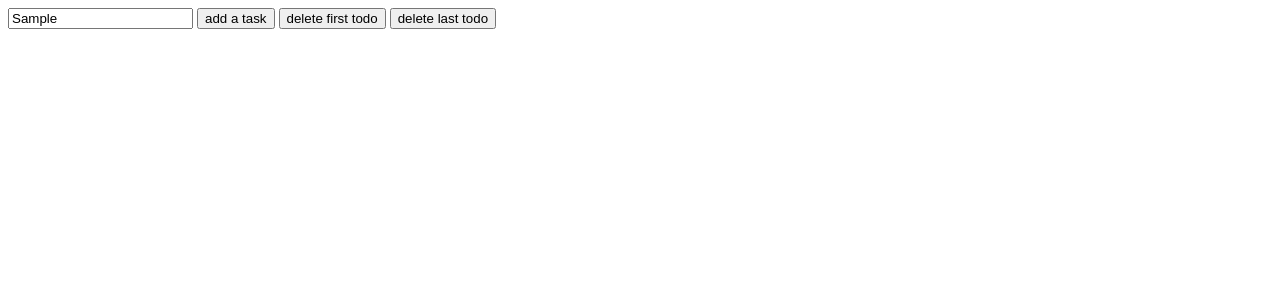
Repository: tanayburbure/Todo-application
Page: index.html
An editor plug-in stored every save of this project. The page is shown before and after the next save, followed by the edit.
The browser window is 1280 px wide. The pictures show the whole page.
Empty fields were first filled with sample values (such as "Sample", 5 or name@example.com).
After loading, the first visible `button` was clicked once.

Above is the page before, as saved 2025-10-26 20:57:19.

### index.html
<!DOCTYPE html>
<html lang="en">
<head>
    <meta charset="UTF-8">
    <meta name="viewport" content="width=device-width, initial-scale=1.0">
    <title>Document</title>
</head>
<body>
    <input type="text" placeholder="add task"/>
    <button onclick="addTodo()" >add a task</button>
    <button onclick="deleteFirstTodo()"> delete first todo</button>
    <button onclick="deleteLastTodo()"> delete last todo</button>

    <div id="todos"></div>

    <script src="script.js"></script>
</body>
</html>

### script.js
// let ctr = 0;
// function callback(){
//     document.querySelectorAll("h4")[1].innerHTML = ctr;
//     const el = document.querySelectorAll("h4")[1];
//     el.innerHTML = ctr;
//     ctr = ctr + 1;
// }
// // setInterval(callback,1000)

// function deleterandometodo(){
//     const element = document.querySelector("h4");
//     const parentelement = element.parentElement;
//     parentelement.removeChild(element)
// }

// function addTodo(){
//     const divEL = document.createElement("div");
//     divEL.innerHTML = "Hiiiiiiiiiiiii thereeeeeeee";
//     const parentEL = document.querySelector("body");
//     parentEL.appendChild(divEL);
// }


// let ctr = 1


// function addtodo(){

//     const inputEL = document.querySelector("input")
//     const value = inputEL.value

//     const newDivEL = document.createElement("div")
//     newDivEL.setAttribute("id",ctr)
//     newDivEL.innerHTML = "<div>" + value + '</div><button onclick="deletetodo('+ ctr +')" >delete</button>';
//     document.querySelector("body").appendChild(newDivEL)
//     ctr = ctr + 1 ;
// }

// function deletetodo(index){
//     const element = document.getElementById(index);
//     element.parentNode.removeChild(element)
// }




// let ctr = 1;
// function addtodo(){
//     const inputEl = document.querySelector("input");
//     const value = inputEl.value;

//     const newDivEl = document.createElement("div")
//     newDivEl.setAttribute("id",ctr)
//     newDivEl.innerHTML = "div" + value + '</div> <button onclick="deletetodo('+ ctr +')"> delete </button>'
//     document.querySelector("body").appendChild(newDivEl)
// }

// function deletetodo(index){
//     const element = document.getElementById(index)
//     element.parentNode.removeChild(element)
// }

//  Raw HTML element

// let ctr = 0 ;
//  function addtodo(){
//     const inputEL = document.querySelector("input");
//     const value = inputEL.value;
//     const newDivEL= document.createElement("div");
//     newDivEL.setAttribute("id",ctr);
//     newDivEL.innerHTML = value + ' <button onclick="deletetodo('+ ctr +')" > delete</button>';
//     document.querySelector("body").appendChild(newDivEL);
//  }

//  function deletetodo(index){
//     const element = document.getElementById(index);
//     element.parentNode.removeChild(element);
//  }

//  More Cleaner Way to write the code

// function addtodo(){
//    const value = document.querySelector("input").value;
//    const spanEl = document.createElement("span");
//    const buttonEl = document.createElement("button");
//    spanEl.innerHTML = value;
//    buttonEl.innerHTML = "Delete";
//    ///
//    const divEl = document.createElement("div");
//    divEl.appendChild(spanEl);
//    divEl.appendChild(buttonEl);
//    ///
//    document.querySelector("body").appendChild(divEl)
// }


//Better approach as we are going more functionality

// let todos=[];
// function createTodoComponent(todo){
//    const div = document.querySelector("div");
//    const h1 = document.createElement("h1");
//    const button = document.createElement("button");
//    button.innerHTML = "Delete"
//    todo.innerHTML = todo.title;
//    div.append(h1);
//    div.append(button);
//    return div
// }

// This is React library do it automatically

// function render(){
//    document.querySelector("#todos").innerHTML="";
//    for(let i = 0;i<todos.length;i++){
//       const element = createTodoComponent(todos[i]);
//       document.querySelector("#todos").appendChild(div)
//    }
// }

// Simple react like code


// input box
// button onclick="addTodo()"
// button onclick="DeletFirstTodo()"
// button onclick="DeleteLastTodo()"


// let todos = [];

// function addTodo(){
//    todos.push({
//       title : document.querySelector("input").value
//    })
//    render();
// }

// function deleteTodo(index){
//    todos.splice(index,1);
//    render()
// }

// function deleteFirstTodo(){
//    todos.splice(0,1);
//    render()
// }

// function deleteLastTodo(){
//    todos.pop();
//    render()
// }


// function createTodoComponent(todo,index){
//    const div = document.createElement("div")
//    const h1 = document.createElement("h1")
//    const button = document.createElement("button");
//    button.innerHTML = "Delete";
//    button.addEventListener("click",function(){
//       deleteTodo(index)
//    })
//    h1.innerHTML = todo.title;
//    div.append(h1);
//    div.append(button);
//    return div
// }

// function render(){
//    document.querySelector("#todos").innerHTML = "";
//    for (let i = 0; i < todos.length ; i++){
//       const element = createTodoComponent(todos[i]);
//       document.querySelector("#todos").appendChild(element)
//    }
// }


let todos = [];

function addTodo(){
   todos.push({
      title:document.querySelector("input").value
   })
}

function deleteTodo(){
   todos.splice(index,1);
   render()
}

function deleteFirstTodo(){
   todos.splice(0,1);
   render()
}

function deleteLastTodo(){
   todos.pop()
   render()
}


function createTodoComponent(todo,index){
   const div = document.createElement("div");
   const h1 = document.createElement("h1");
   const button = document.createElement("button")
   button.innerHTML = "delete";
   button.addEventListener("click",function(){
      deleteTodo(index);
   })
   h1.innerHTML = todo.title;
   div.appendChild(h1);
   div.appendChild(button)
   return div;
}

function render(){
   document.querySelector("#todos").innerHTML="";
   for (let i = 0;i < todos.length;i++){
      const element = createTodoComponent(todos[i]);
      document.querySelector("#todos").appendChild(element);
   }
}

After the next save:
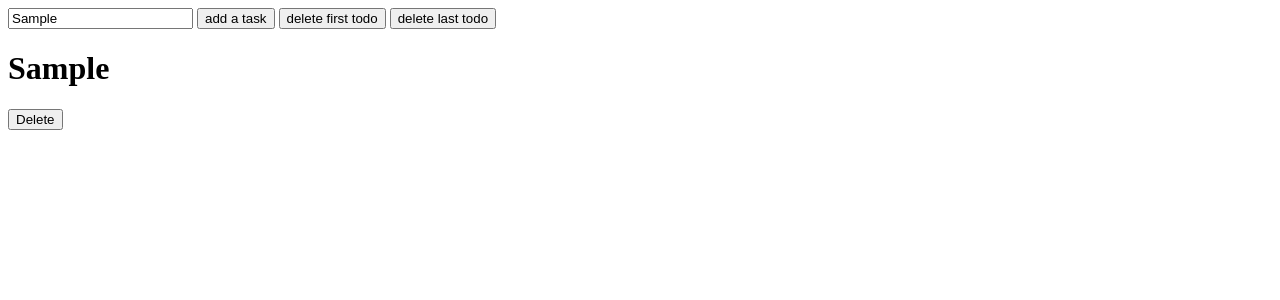
Saved 117 s later.
--- a/script.js
+++ b/script.js
@@ -181,6 +181,7 @@ function addTodo(){
    todos.push({
       title:document.querySelector("input").value
    })
+   render()
 }
 
 function deleteTodo(){
@@ -213,6 +214,28 @@ function createTodoComponent(todo,index){
    return div;
 }
 
+
+function createTodoComponent(todo,index){
+   const div = document.createElement("div")
+   const h1 = document.createElement("h1")
+   const button = document.createElement("button");
+   button.innerHTML = "Delete";
+   button.addEventListener("click",function(){
+      deleteTodo(index)
+   })
+   h1.innerHTML = todo.title;
+   div.append(h1);
+   div.append(button);
+   return div
+}
+
+function render(){
+   document.querySelector("#todos").innerHTML = "";
+   for (let i = 0; i < todos.length ; i++){
+      const element = createTodoComponent(todos[i]);
+      document.querySelector("#todos").appendChild(element)
+   }
+}
 function render(){
    document.querySelector("#todos").innerHTML="";
    for (let i = 0;i < todos.length;i++){
